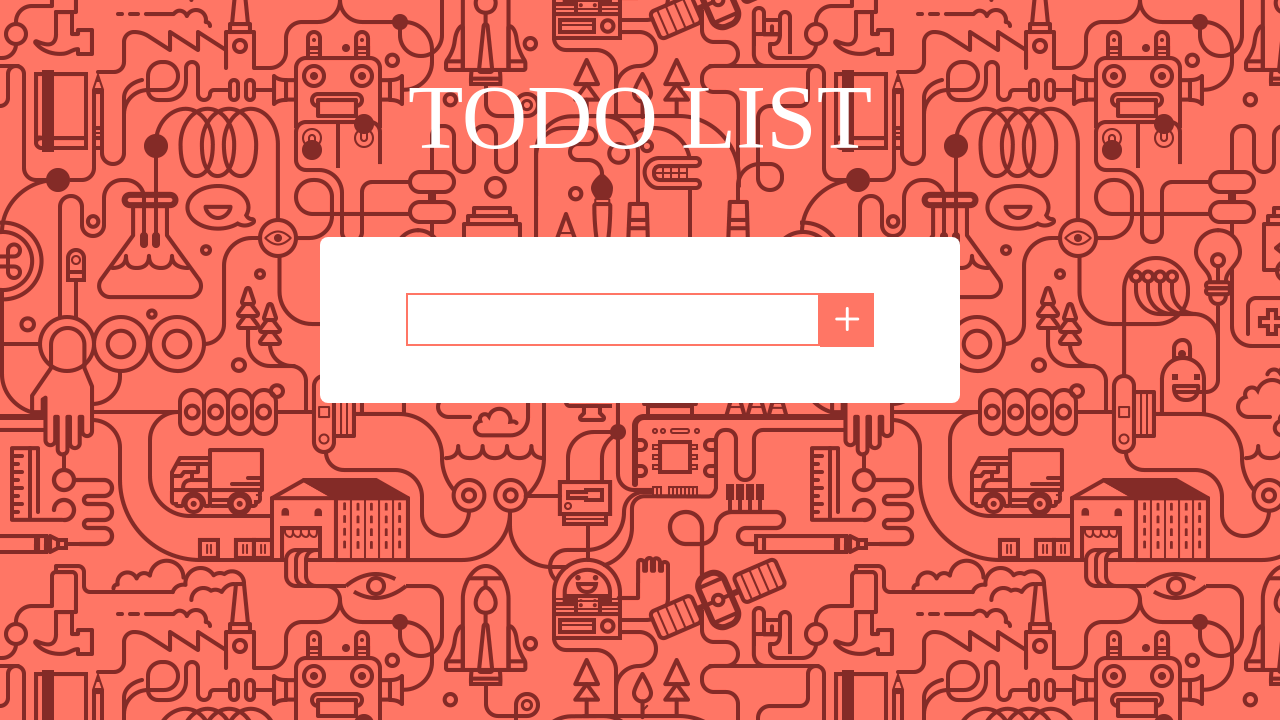
Repository: zum281/todo-list
Page: index.html
The author's editor kept a copy of each file at every save. The page is drawn from the files as they stood at one save, then again after the next save.
The browser window is 1280 px wide. The pictures show the whole page.
Some web fonts or font styles are not loaded; a fallback is used. Some web libraries are served in a nearby version. The style sheet was rebuilt from its Sass, Less or Tailwind sources for each picture, by a compiler version that may differ from the author's.

Above is the page before, as saved 2021-03-05 19:02:35.

### index.html
<!DOCTYPE html>
<html lang="en">

    <head>
        <meta charset="UTF-8">
        <meta http-equiv="X-UA-Compatible" content="IE=edge">
        <meta name="viewport" content="width=device-width, initial-scale=1.0">

        <!-- Bootstrap CSS -->
        <link href="https://cdn.jsdelivr.net/npm/bootstrap@5.0.0-beta2/dist/css/bootstrap.min.css" rel="stylesheet"
            integrity="sha384-BmbxuPwQa2lc/FVzBcNJ7UAyJxM6wuqIj61tLrc4wSX0szH/Ev+nYRRuWlolflfl" crossorigin="anonymous">
        <!-- Option 1: Bootstrap Bundle with Popper -->
        <script src="https://cdn.jsdelivr.net/npm/bootstrap@5.0.0-beta2/dist/js/bootstrap.bundle.min.js"
            integrity="sha384-b5kHyXgcpbZJO/tY9Ul7kGkf1S0CWuKcCD38l8YkeH8z8QjE0GmW1gYU5S9FOnJ0" crossorigin="anonymous">
        </script>
        <link rel="stylesheet" href="https://cdn.jsdelivr.net/npm/bootstrap-icons@1.4.0/font/bootstrap-icons.css">
        <!--Jquery-->
        <script src="https://code.jquery.com/jquery-3.6.0.min.js"
            integrity="sha256-/xUj+3OJU5yExlq6GSYGSHk7tPXikynS7ogEvDej/m4=" crossorigin="anonymous"></script>

        <link rel="stylesheet" href="css/main.css">
        <title>Todo List</title>
    </head>

    <body>
        <h1 class="title">TODO LIST</h1>
        <div class="container main">
            <div class="add-todo-box">
                <input type="text" name="add-todo" id="add-todo">
                <div class="icon" id="add-todo-btn"><i class="bi bi-plus"></i></div>
            </div>
            <div class="todo-list-container">
                <ul class="todo-list"></ul>
            </div>
        </div>
        <script src="js/main.js"></script>
    </body>

</html>

### js/main.js
const add_todo_btn = $("#add-todo-btn");
const add_todo_input = $("#add-todo");
const todo_list_container = $(".todo-list-container");
const todo_list = $(".todo-list");
let todos = [];
$(document).ready(function () {
    add_todo_btn.click(() => {
        let new_todo = add_todo_input.val();
        if (new_todo != "") {
            todos.push(new_todo);

            todo_list_container.show();
            todo_list.append(`
            <li class="todo-item"><span class="todo-text">${new_todo}</span>
                <div class="icons">
                    <div class="icon done"><i class="bi bi-check"></i></div>
                    <div class="icon remove"><i class="bi bi-x"></i></div>
                </div>
            </li>
            `);

            add_todo_input.val("");
        } else {
            alert("puzzi");
        }
    });

    $(document).on("click", ".done", function () {
        console.log("puzzi");
        alert("hello");
    });
    $(document).on("click", ".remove", function () {
        console.log("puzzi");
        alert("hello");
    });
});

$(document).keyup(function (e) {
    if (e.key == "Enter") {
        add_todo_btn.trigger("click");
    }
});

### sass/main.scss
@import url("https://fonts.googleapis.com/css2?family=Poppins:wght@300;400;500;600;700&display=swap");
@import url("https://fonts.googleapis.com/css2?family=Chelsea+Market&display=swap");

* {
    margin: 0;
    padding: 0;
    box-sizing: border-box;
}

body {
    font-weight: 300;
    font-family: "Poppins";
    background: url("/assets/science.png");

    background-repeat: repeat;
    color: #333333;
}

.title {
    font-family: "Chelsea Market";
    text-align: center;
    font-size: 68pt;
    color: #fff;
    margin: 4rem auto;
}

.main {
    min-width: 300px;
    display: flex;
    flex-direction: column;
    align-items: center;
    justify-content: space-between;
    margin-top: 1rem;
    padding: 2.5rem 1.5rem;
    max-width: 50%;
    border-radius: 8px;
    background-color: #fff;

    .add-todo-box {
        width: 100%;
        display: flex;
        align-items: center;
        justify-content: center;

        input {
            width: 70%;
            border: none;
            border: 2px solid #ff7665;
            line-height: 1;
            padding: 0.5rem;
            font-size: 16px;
            color: #333333;
            &:focus {
                outline: none;
            }
        }
        .icon {
            background-color: #ff7665;
            display: grid;
            place-items: center;
            width: 45px;
            height: 45px;
            color: #fff;
            cursor: pointer;

            i {
                font-size: 45px;
                line-height: 1;
            }
        }
    }
    .todo-list-container {
        display: none;
        padding: 1rem;
        width: 100%;

        ul {
            padding-left: 0.5rem;

            .todo-item {
                display: flex;
                align-items: center;
                justify-content: space-between;
                font-size: 18px;
                .icons {
                    display: flex;
                    .icon {
                        display: grid;
                        place-items: center;
                        width: 28px;
                        height: 28px;
                        i {
                            font-size: 24px;
                            line-height: 1;
                        }
                    }
                }
            }
        }
    }
}

@media screen and (min-width: 767px) {
    .main {
        min-width: 600px;
        padding: 3.5rem 1.5rem;

        .add-todo-box {
            input {
                font-size: 22px;
            }
            .icon {
                width: 54px;
                height: 54px;

                i {
                    font-size: 48px;
                }
            }
        }
        .todo-list-container {
            padding: 2.5rem;

            ul {
                padding-left: 1rem;
            }
        }
    }
}

After the next save:
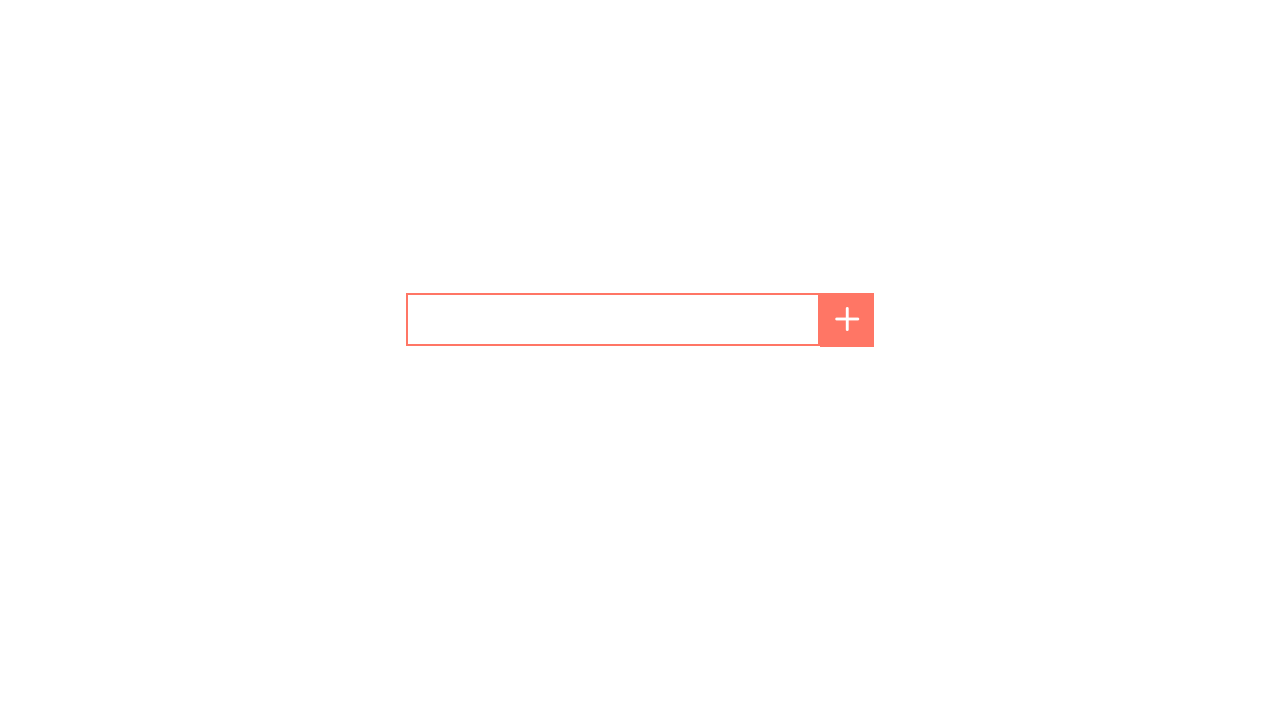
Saved 5 min 8 s later.
--- a/sass/main.scss
+++ b/sass/main.scss
@@ -10,10 +10,21 @@
 body {
     font-weight: 300;
     font-family: "Poppins";
-    background: url("/assets/science.png");
 
     background-repeat: repeat;
     color: #333333;
+}
+
+body::after {
+    content: "";
+    background: url("/assets/science.png");
+    position: absolute;
+    top: 0;
+    bottom: 0;
+    left: 0;
+    rigth: 0;
+    opacity: 0.5;
+    z-index: -1;
 }
 
 .title {
